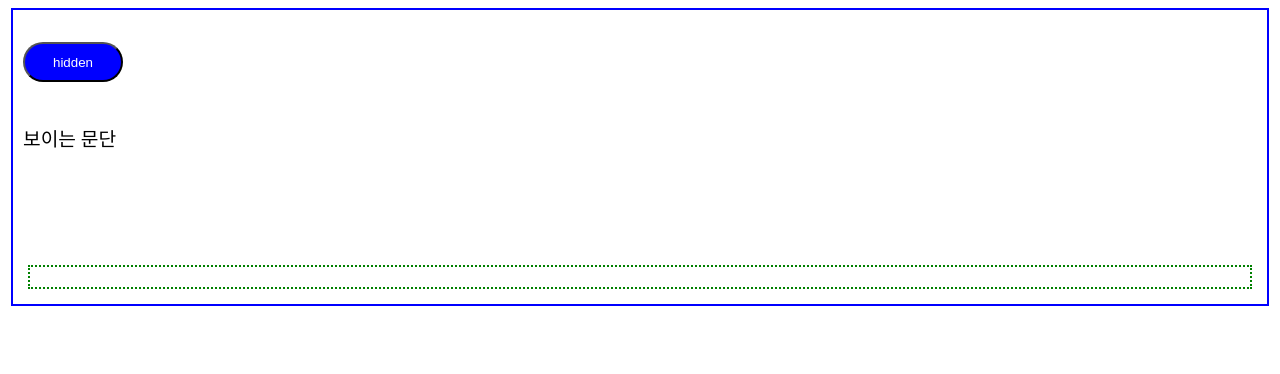
Repository: patternlobe-stack/MY_repository
Page: webpro/src/main/webapp/0915/visible필터.html
An editor plug-in stored every save of this project. The page is shown before and after the next save, followed by the edit.
The browser window is 1280 px wide. The pictures show the whole page.

Above is the page before, as saved 2025-09-15 08:26:32.

After the next save:
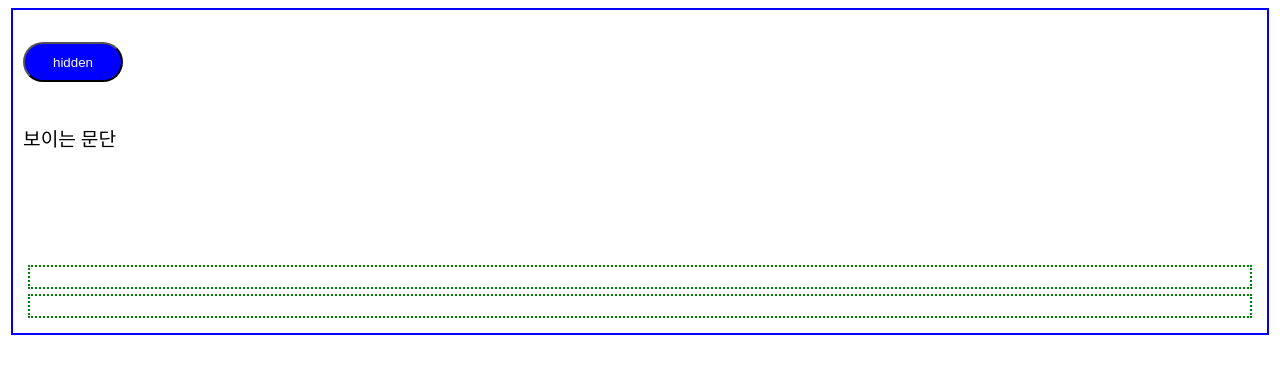
Saved 8 s later.
--- a/webpro/src/main/webapp/0915/visible필터.html
+++ b/webpro/src/main/webapp/0915/visible필터.html
@@ -40,6 +40,7 @@ $(()=>{
     <p style="opacity:0;"> 투명한 문단</p>
 
     <div id="result1"></div>
+    <div id="result2"></div>
 </div>
 </body>
 </html>
